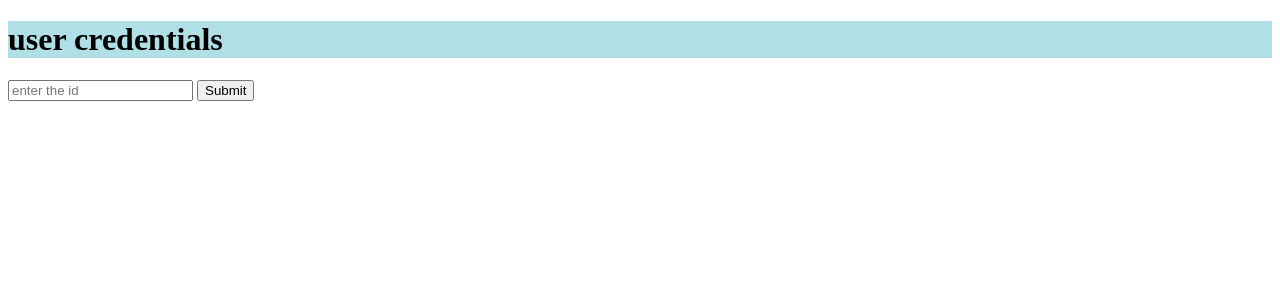
Repository: Aishwarya20-20/Practice_Project
Page: PHASE_2_PROJECTS/Retrieving_The_Product/src/main/webapp/index.html
An editor plug-in stored every save of this project. The page is shown before and after the next save, followed by the edit.
The browser window is 1280 px wide. The pictures show the whole page.

Above is the page before, as saved 2022-03-21 13:25:17.

After the next save:
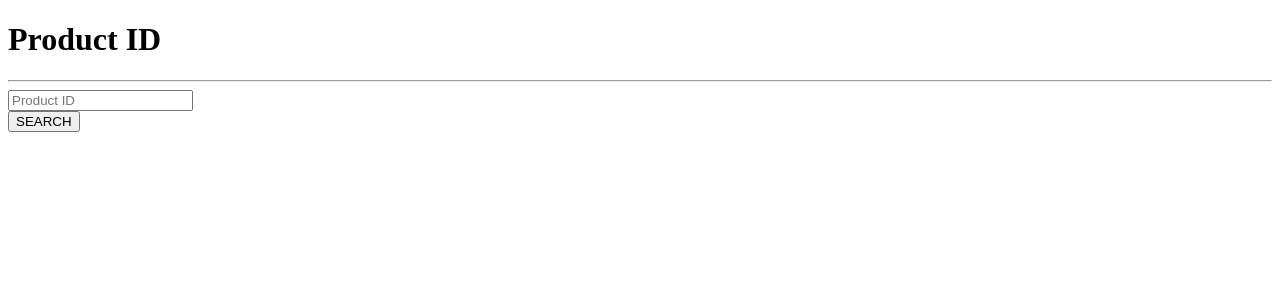
Saved 2 min 15 s later.
--- a/PHASE_2_PROJECTS/Retrieving_The_Product/src/main/webapp/index.html
+++ b/PHASE_2_PROJECTS/Retrieving_The_Product/src/main/webapp/index.html
@@ -4,13 +4,14 @@
 <html>
 <head>
 <meta charset="ISO-8859-1">
-<title>Insert title here</title>
+<title>Product ID</title>
 </head>
 <body>
-<h1 style="background-color:powderblue;">user credentials</h1>
-<form action="id" method="post">
- <input type="text" name="id" placeholder="enter the id">
- <button>Submit</button>
+<h1>Product ID</h1>
+<hr>
+<form action="login">
+<input type="text" name="p_ID" placeholder="Product ID"><br>
+<input type="submit" value="SEARCH">
 </form>
 </body>
 </html>
